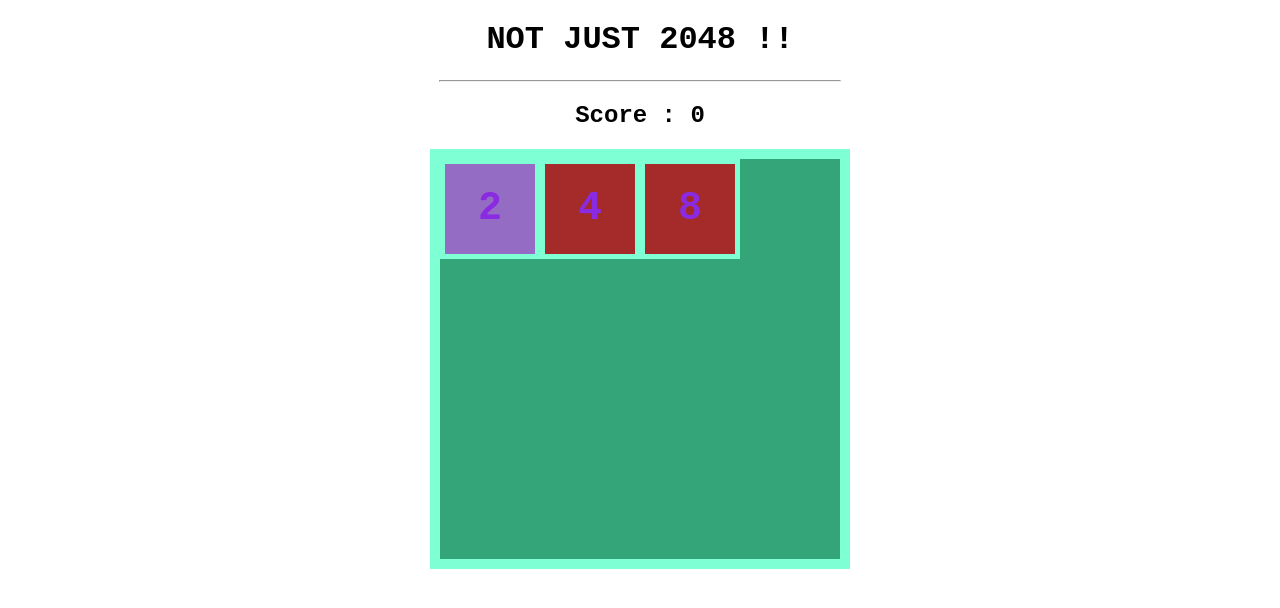
Repository: Prathamyadav1123/2048Game
Page: NotJust2048-main/2048.html
These files come from the project's save history. The page is drawn as it stood at one moment and after the next save; the edit follows.
The browser window is 1280 px wide. The pictures show the whole page.

Above is the page before, as saved 2023-05-31 19:56:42.

### NotJust2048-main/2048.html
<!DOCTYPE html>
<html>
    <head>
        <title>
            2048 game
        </title>
        <link rel= "stylesheet" href="2048.css"/>
        <script src= "2048.js"></script>
    </head>
    <body>
        <h1> NOT JUST 2048 !! </h1>
        <hr>
        <h2> Score : <span id="score"> 0 </span></h2>
        <div id="board">
            <div class="tile x2">2</div>
            <div class="tile x4">4</div>
            <div class="tile x8">8</div>
        </div>
    </body>
</html>

### NotJust2048-main/2048.css
body{
    font-family: 'Courier New', Courier, monospace;
    text-align: center;
}
hr{
    width: 400px;
}
#board{
    width: 400px;
    height: 400px;
    color: burlywood;
    background-color: rgb(52, 165, 120);
    border: 10px solid aquamarine;
    margin: 0 auto;
    display: flex;
    flex-wrap: wrap;
}
.tile{
    width:90px;
    height:90px;
    border:5px solid aquamarine;
    font-size: 40px;
    font-weight: bold;
    display: flex;
    justify-content: center;
    align-items: center;
}
.x2{
    background-color: rgb(148, 108, 196);
    color:blueviolet;
}
.x4{
    background-color: brown;
    color:blueviolet;
}
.x8{
    background-color: brown;
    color:blueviolet;
}

Loaded but not shown: NotJust2048-main/2048.js (no copy from this time; the picture is the same without it)

After the next save:
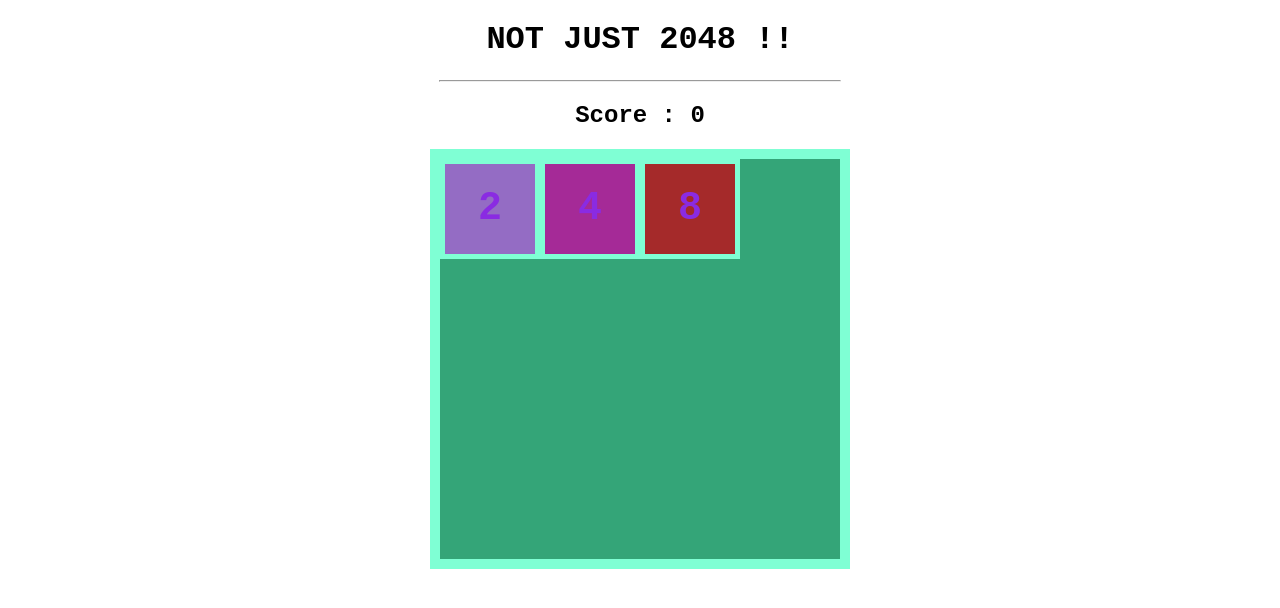
Saved 14 s later.
--- a/NotJust2048-main/2048.css
+++ b/NotJust2048-main/2048.css
@@ -30,7 +30,7 @@ hr{
     color:blueviolet;
 }
 .x4{
-    background-color: brown;
+    background-color: rgb(165, 42, 151);
     color:blueviolet;
 }
 .x8{
